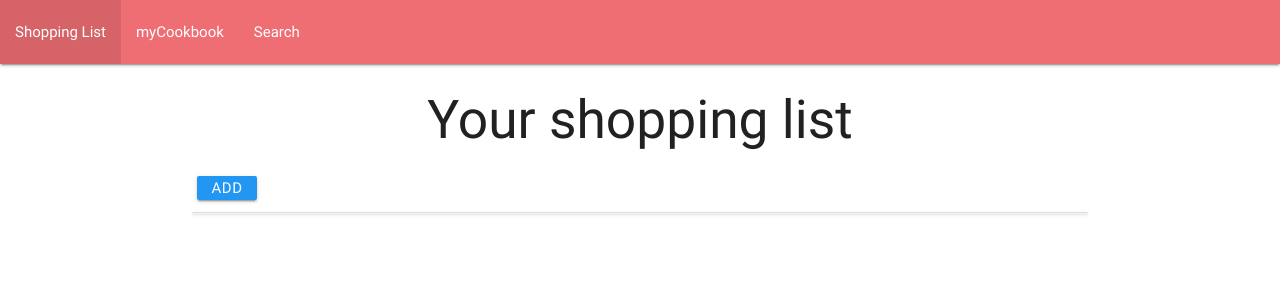
Repository: Code-Institute-Submissions/myCookbook-3
Page: http://localhost/
The author's editor kept a record of every edit. The page is drawn from the files as they stood at one moment, then again after the next edit.
The browser window is 1280 px wide. The pictures show the whole page.
Some web libraries are served in a nearby version. The page is served by the project's application, run on Flask 3 (app.py). Queries for data that is not in the repository find no rows.

Above is the page before.
Console error: TypeError: Cannot read properties of null (reading 'addEventListener')

After the next edit:
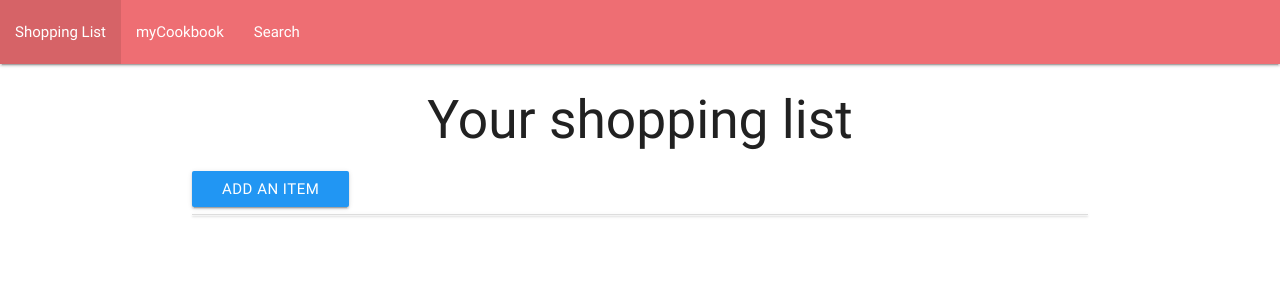
The edit:
--- a/templates/shoppinglist.html
+++ b/templates/shoppinglist.html
@@ -1,7 +1,7 @@
 {% extends 'base.html'%} {% block content %}
 <div class="container">
     <h2 id="shopping-header">Your shopping list</h2>
-    <a href="#" class="waves-effect waves-light btn btn_small blue">Add an item</a>
+    <a href="#" class="waves-effect waves-light btn  blue">Add an item</a>
     <ul class="collapsible" data-collapsible="accordion">
             {% for item in shoppinglist %}
             <li>
